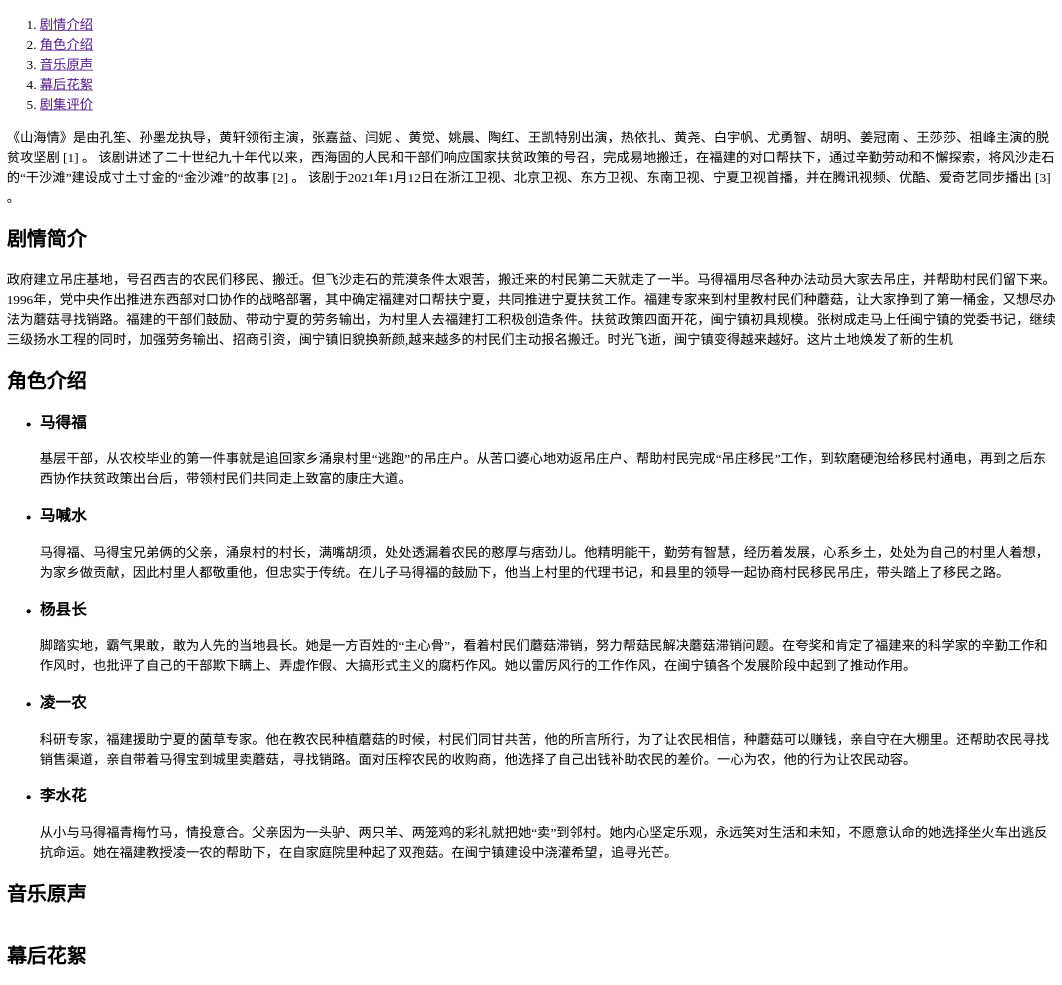
Repository: Lixianlai-2/static-website
Page: index.html
An editor plug-in stored every save of this project. The page is shown before and after the next save, followed by the edit.
The browser window is 1280 px wide. The pictures show the whole page, at 83% of full size.

Above is the page before, as saved 2021-11-29 23:35:29.

After the next save:
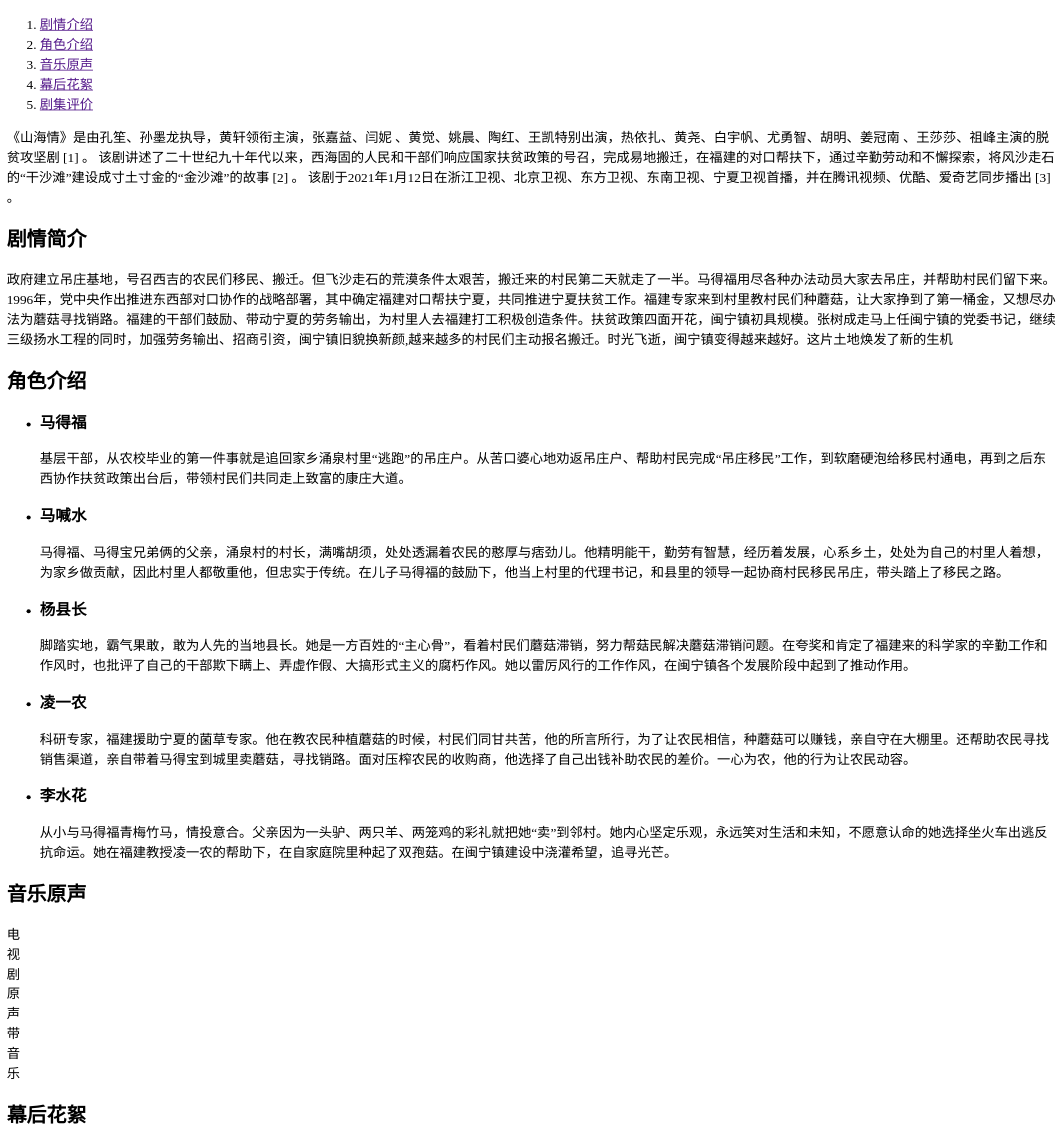
Saved 34 s later.
--- a/index.html
+++ b/index.html
@@ -78,7 +78,12 @@
 
     <h2>音乐原声</h2>
     <table>
-      <caption></caption>
+      <caption>
+        电视剧原声带音乐
+      </caption>
+      <thead></thead>
+      <tbody></tbody>
+      <tfoot></tfoot>
     </table>
 
     <h2>幕后花絮</h2>
